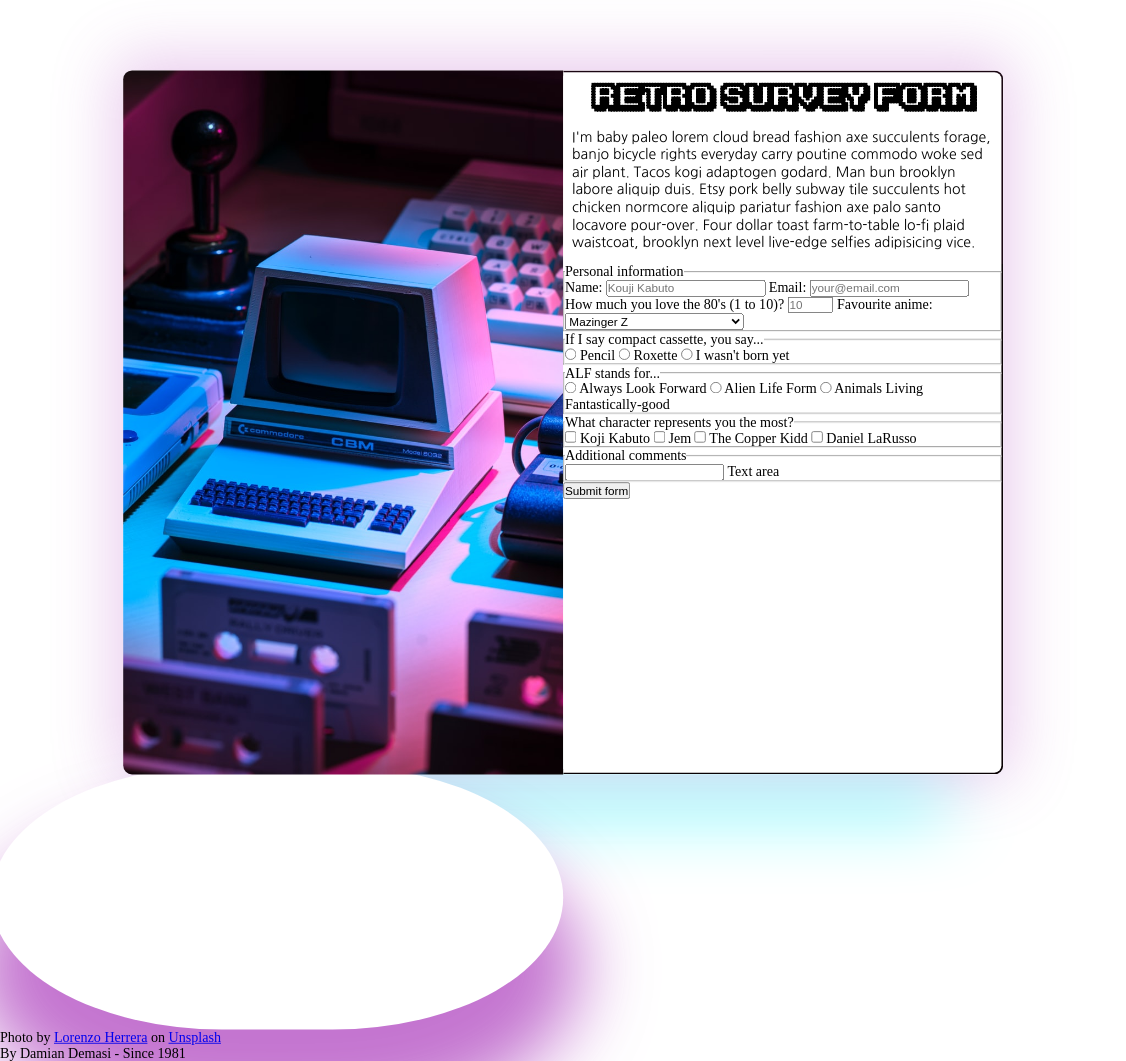
Repository: Colo-Codes/freecodecamp-02-Build-a-Survey-Form
Page: index.html
An editor plug-in stored every save of this project. The page is shown before and after the next save, followed by the edit.
The browser window is 1280 px wide. The pictures show the whole page, at 88% of full size.

Above is the page before, as saved 2021-05-18 17:28:49.

### index.html
<!DOCTYPE html>
<html lang="en">

<head>
    <meta charset="UTF-8">
    <meta http-equiv="X-UA-Compatible" content="IE=edge">
    <meta name="viewport" content="width=device-width, initial-scale=1.0">
    <link rel="stylesheet" href="./resources/css/index.css" type="text/css">
    <link rel="preconnect" href="https://fonts.gstatic.com">
    <link href="https://fonts.googleapis.com/css2?family=Nanum+Gothic:wght@400;800&display=swap" rel="stylesheet">
    <title>Retro Survey Form</title>
</head>

<body>
    <main id="grid-container">
        <header>
            <h1 id="title">Retro Survey Form</h1>
            <p id="description">I'm baby paleo lorem cloud bread fashion axe succulents forage, banjo bicycle rights
                everyday carry poutine commodo woke sed air plant. Tacos kogi adaptogen godard. Man bun brooklyn labore
                aliquip duis. Etsy pork belly subway tile succulents hot chicken normcore aliquip pariatur fashion axe
                palo santo locavore pour-over. Four dollar toast farm-to-table lo-fi plaid waistcoat, brooklyn next
                level live-edge selfies adipisicing vice.</p>
        </header>
        <section>
            <form action="#" id="survey-form" method="POST">
                <fieldset>
                    <legend>Personal information</legend>
                    <label for="name" id="name-label">
                        Name: <input type="text" id="name" placeholder="Kouji Kabuto" required>
                    </label>
                    <label for="email" id="email-label">
                        Email: <input type="email" id="email" placeholder="your@email.com" required> <!-- validate -->
                    </label>
                    <label for="number" id="number-label">
                        How much you love the 80's (1 to 10)? <input type="number" id="number" placeholder="10" min="1"
                            max="10" required>
                    </label>
                    <label for=""> Favourite anime:
                        <select name="" id="dropdown">
                            <option value="mazinger-z">Mazinger Z</option>
                            <option value="macross-robotech">Macross (Robotech)</option>
                            <option value="crusher-joe">Crusher Joe</option>
                            <option value="momo">Magical Princess Minky Momo</option>
                            <option value="gundam">Mobile Suit Zeta Gundam</option>
                            <option value="dragon-ball">Dragon Ball</option>
                            <option value="galactic-heroes">Legend of the Galactic Heroes</option>
                        </select>
                    </label>
                </fieldset>

                <fieldset>
                    <legend>If I say compact cassette, you say...</legend>
                    <label for="pencil">
                        <input type="radio" name="cassette-match" value="pencil" id="pencil"> Pencil
                    </label>
                    <label for="roxette">
                        <input type="radio" name="cassette-match" value="roxette" id="roxette"> Roxette
                    </label>
                    <label for="not-born">
                        <input type="radio" name="cassette-match" value="not-born" id="not-born"> I wasn't born yet
                    </label>
                </fieldset>
                <fieldset>
                    <legend>ALF stands for...</legend>
                    <label for="always">
                        <input type="radio" name="alf" value="always" id="always"> Always Look Forward
                    </label>
                    <label for="alien">
                        <input type="radio" name="alf" value="alien" id="alien"> Alien Life Form
                    </label>
                    <label for="animals">
                        <input type="radio" name="alf" value="animals" id="animals"> Animals Living Fantastically-good
                    </label>
                </fieldset>
                <fieldset>
                    <legend>What character represents you the most?</legend>
                    <label for="koji">
                        <input type="checkbox" name="character" value="koji" id="koji"> Koji Kabuto
                    </label>
                    <label for="jem">
                        <input type="checkbox" name="character" value="jem" id="jem"> Jem
                    </label>
                    <label for="copper">
                        <input type="checkbox" name="character" value="copper" id="copper"> The Copper Kidd
                    </label>
                    <label for="larusso">
                        <input type="checkbox" name="character" value="larusso" id="larusso"> Daniel LaRusso
                    </label>
                </fieldset>
                <fieldset>
                    <legend>Additional comments</legend>
                    <label for="">
                        <input type="textarea"> Text area
                    </label>
                </fieldset>
                <input type="submit" value="Submit form">
            </form>
        </section>
        <div id="main-image" role="img" aria-label="Retro computers and devices from the 80's under a blue and violet light"></div>
    </main>
    <div id="glow-1"></div>
    <div id="glow-2"></div>
    <footer>
        <p>Photo by <a href="https://unsplash.com/@lorenzoherrera?utm_source=unsplash&utm_medium=referral&utm_content=creditCopyText">Lorenzo Herrera</a> on <a href="https://unsplash.com/?utm_source=unsplash&utm_medium=referral&utm_content=creditCopyText">Unsplash</a></p>
        <p>By Damian Demasi - Since 1981</p>

    </footer>
</body>

</html>

### resources/css/index.css
@font-face {
    font-family: 'Karmatic Arcade';
    src: url("../fonts/ka1.ttf");
    font-weight: normal;
    font-style: normal;
}
/* Initial reset */
html {
    box-sizing: border-box;
    font-size: 16px;
}
*, *:before, *:after {
    box-sizing: inherit;
    margin: 0;
    padding: 0;
    /*outline: 1px dashed blue; /* Debugging purposes */
}
/* Grid */
#grid-container {
    width: 1000px; /* TODO media query */
    height: 800px; /* TODO media query */
    display: grid;
    flex-direction: row;
    margin: 5rem auto 50px auto;
    border-radius: 10px;
    /* border: 1px solid red; */
    grid-template: 220px 1fr / 1fr 1fr;
    box-shadow: 0px -5px 70px 10px rgba(181, 83, 196, .3);

}
#main-image {
    background-image: url(../img/lorenzo-herrera-p0j-mE6mGo4-unsplash.jpg);
    background-repeat: no-repeat;
    background-position: 50%;
    background-size: cover;
    order: -1;
    grid-area: 1 / 1 / 3 / 2; /* the whole left column */
    border-radius: 10px 0 0 10px;
}
header {
    background-color: white;
    grid-area: 1 / 2 / 2 / 3; /* top right */
    border-radius: 0 10px 0 0;
    border-top: 2px solid rgb(26, 6, 18);
    border-right: 2px solid rgb(26, 6, 18);

}
section {
    background-color: white;
    grid-area: 2 / 2 / 3 / 3; /* top right */
    border-radius: 0 0 10px 0;
    border-bottom: 2px solid rgb(10, 1, 4);
    border-right: 2px solid rgb(10, 1, 4);
}
/* Form */
h1 {
    margin-top: 10px;
    font-family: "Karmatic Arcade", sans-serif;
    text-align: center;
}
header p {
    padding: 1em 10px 1em 10px;
    font-family: 'Nanum Gothic', sans-serif;
}
/* Glow */
#glow-1 {
    width: 850px; /* TODO media query */
    display: block;
    margin: -60px auto;
    border-color: transparent;
    color: transparent;
    box-shadow: 0px 40px 80px 10px #0ff;
}
#glow-2 {
    width: 650px; /* TODO media query */
    display: block;
    margin: -60px auto;
    border-color: transparent;
    color: transparent;
    box-shadow: 0px 80px 80px 20px rgba(181, 83, 196, .8);
    width: 650px;
    height: 300px;
    margin:10px 0 0 -10px;
    background: white;
    -moz-border-radius: 100px / 50px;
    -webkit-border-radius: 100px / 50px;
    border-radius: 350px / 200px;
}

After the next save:
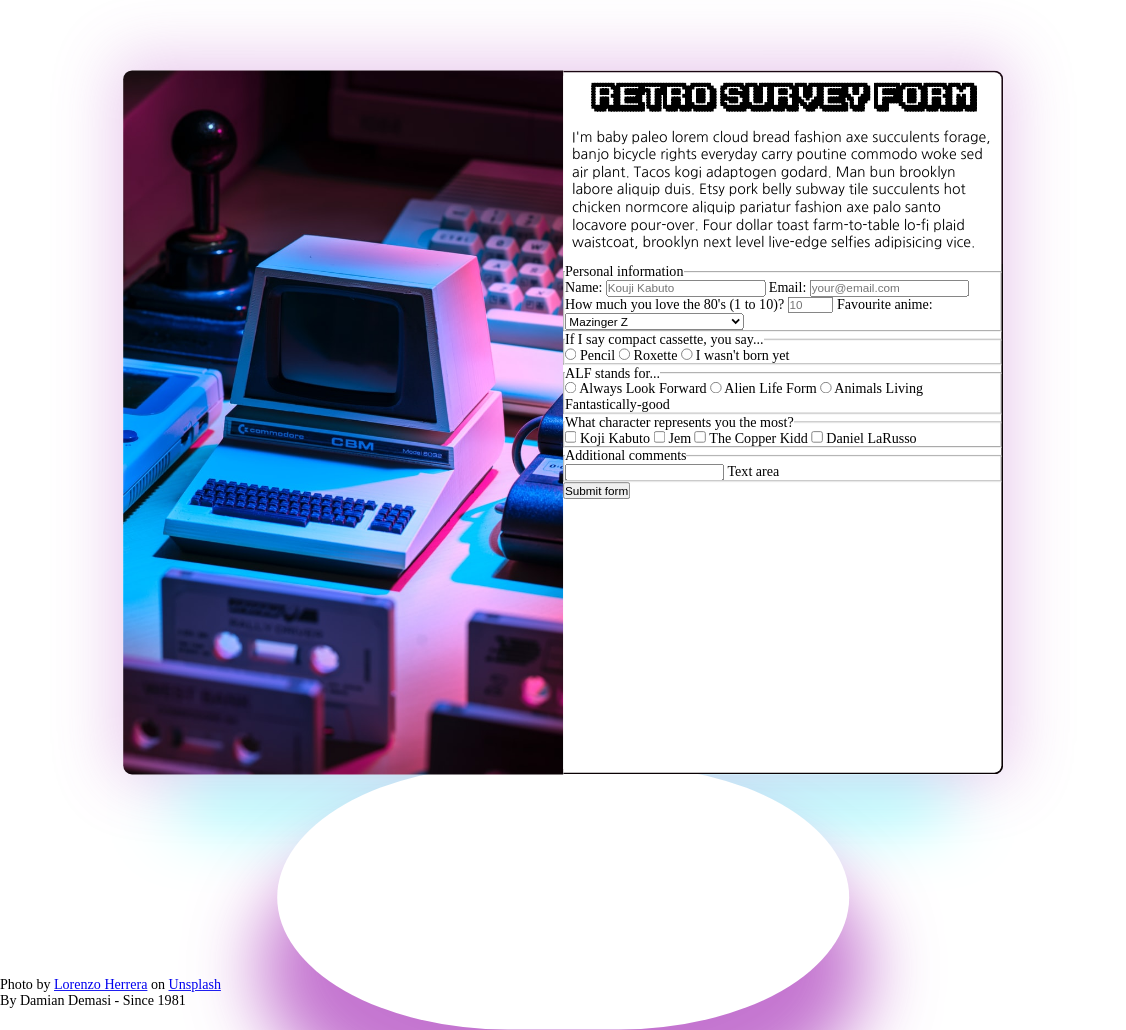
Saved 23 s later.
--- a/resources/css/index.css
+++ b/resources/css/index.css
@@ -72,7 +72,6 @@ header p {
     box-shadow: 0px 40px 80px 10px #0ff;
 }
 #glow-2 {
-    width: 650px; /* TODO media query */
     display: block;
     margin: -60px auto;
     border-color: transparent;
@@ -80,7 +79,6 @@ header p {
     box-shadow: 0px 80px 80px 20px rgba(181, 83, 196, .8);
     width: 650px;
     height: 300px;
-    margin:10px 0 0 -10px;
     background: white;
     -moz-border-radius: 100px / 50px;
     -webkit-border-radius: 100px / 50px;
